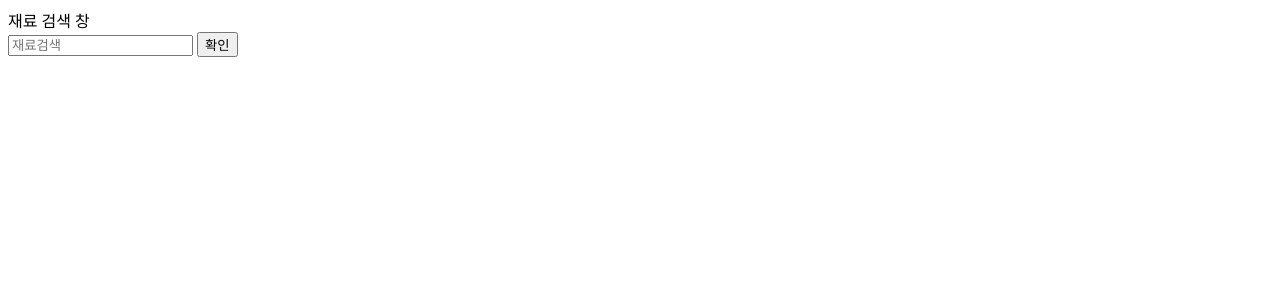
Repository: ahg2656/third_project
Page: http://localhost/third_pro/main.jsp
An editor plug-in stored every save of this project. The page is shown before and after the next save, followed by the edit.
The browser window is 1280 px wide. The pictures show the whole page.
The page is served by Tomcat 9. Other server files are loaded and not shown.

Above is the page before, as saved 2018-11-05 08:06:31.

### third_project/third_pro/src/main/webapp/main.jsp
<%@ page language="java" contentType="text/html; charset=EUC-KR"
    pageEncoding="EUC-KR"%>
<!DOCTYPE html PUBLIC "-//W3C//DTD HTML 4.01 Transitional//EN" "http://www.w3.org/TR/html4/loose.dtd">
<html>
<head>
<meta http-equiv="Content-Type" content="text/html; charset=EUC-KR">
<title>Insert title here</title>
</head>
<body>
<div class="serch_1">
<div class="serch_2">재료 검색 창</div>
<div >
<form action="#" name="frm">
<input type="text" name="serch" placeholder="재료검색">
<input type="button" value="확인" id="btn_serch">
</form>
</div>

</div>
</body>
</html>

After the next save:
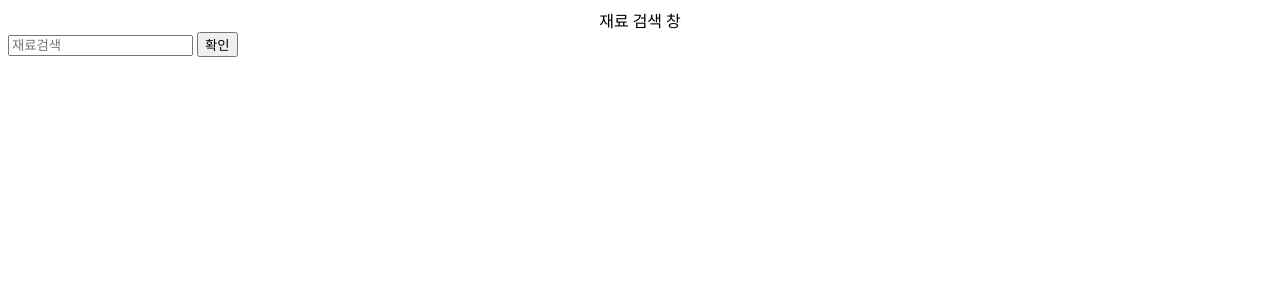
Saved 15 s later.
--- a/third_project/third_pro/src/main/webapp/main.jsp
+++ b/third_project/third_pro/src/main/webapp/main.jsp
@@ -8,7 +8,7 @@
 </head>
 <body>
 <div class="serch_1">
-<div class="serch_2">재료 검색 창</div>
+<div class="serch_2" align="center">재료 검색 창</div>
 <div >
 <form action="#" name="frm">
 <input type="text" name="serch" placeholder="재료검색">
